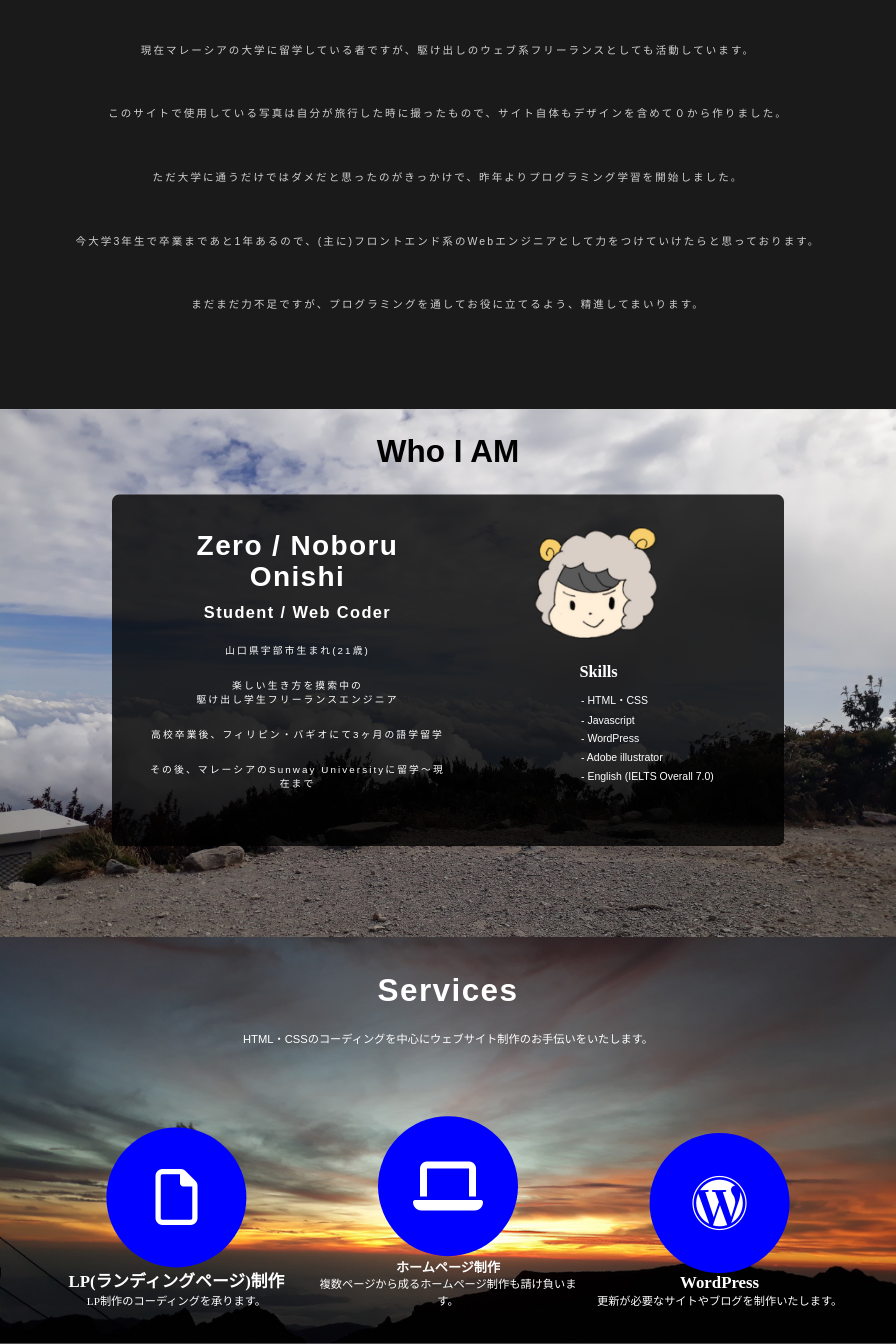
Repository: ZeroRequiem126/MyPortfolioSite
Page: top.html
The author's editor kept a record of every edit. The page is drawn from the files as they stood at one moment, then again after the next edit.
The browser window is 1280 px wide. The pictures show the part of the page from y = 891 to 2811 px (the page is 2811 px tall before and 2791 px after), at 70% of full size.
Some web libraries are served in a nearby version.

Above is the page before.

### top.html
<!DOCTYPE>
<html>
    <head>
        <meta charset="utf-8">
        <title>Zero</title>
        <link rel="stylesheet" type="text/css" href="top.css">
        <link rel="stylesheet" type="text/css"  href="swiper.css">
        <meta name="viewport" content="width=device-width, initial-scale=1.0">
        <script src="https://kit.fontawesome.com/fdddab2d46.js"></script>
    </head>

    <body>
        <header>
            <div class="container">
                <div class="header-left">Zero</div>
                <div class="header-right">
                    <ul>
                        <li>Who I AM</li>
                        <li>Skills</li>
                        <li>Portfolio</li>
                        <li>Contact</li>
                    </ul>
                </div>
            </div>
        </header>

        <div class="main">
            <div class="container">

                    <span class="slider-title">Zero</span>
                    <div class="swiper-container">
                        <div class="swiper-wrapper">
                              <div class="swiper-slide"><img src="images/pic1.jpg" alt="pic1.JPG" width="100%"></div>
                              <div class="swiper-slide"><img src="images/pic2.jpg" alt="pic2.jpg" width="100%"></div>
                              <div class="swiper-slide"><img src="images/pic3.jpg" alt="pic3.JPG" width="100%"></div>
                              <div class="swiper-slide"><img src="images/pic4.png" alt="pic4.png" width="100%"></div>
                              <div class="swiper-slide"><img src="images/pic5.jpg" alt="pic4.jpg" width="100%"></div>
                              <div class="swiper-slide"><img src="images/pic6.jpg" alt="pic4.jpg" width="100%"></div>
                        </div>
                        <div class="swiper-button-prev"></div>
                        <div class="swiper-button-next"></div>
                    </div>

                    <div class="introduction">
                        <div class="container">
                            <p>はじめまして、大西昇と申します。</p>
                            <p>現在マレーシアの大学に留学している者ですが、駆け出しのウェブ系フリーランスとしても活動しています。 </p>
                            <p>このサイトで使用している写真は自分が旅行した時に撮ったもので、サイト自体もデザインを含めて０から作りました。</p>
                            <p>ただ大学に通うだけではダメだと思ったのがきっかけで、昨年よりプログラミング学習を開始しました。</p>
                            <p>今大学3年生で卒業まであと1年あるので、(主に)フロントエンド系のWebエンジニアとして力をつけていけたらと思っております。</p>
                            <p>まだまだ力不足ですが、プログラミングを通してお役に立てるよう、精進してまいります。</p>
                        </div>
                    </div>

                    <div class="about">
                        <div class="container">
                            <h1 class="about-title" style="font-family: 'Gurmukhi MN',sans-serif;">Who I AM</h1>

                            <div class="about-contents">
                                <div class="about-left">
                                    <div class="name-and-job">
                                        <h1>Zero / Noboru Onishi</h1>
                                        <h3>Student / Web Coder</h3>
                                    </div>
                                    <div class="career">
                                        <p>山口県宇部市生まれ(21歳)</p>
                                        <p>楽しい生き方を摸索中の<br>駆け出し学生フリーランスエンジニア</p>
                                        <p>高校卒業後、フィリピン・バギオにて3ヶ月の語学留学</p>
                                        <p>その後、マレーシアのSunway Universityに留学〜現在まで</p>
                                    </div>
                                </div>

                                <div class="about-right">
                                    <img src="images/person.png">
                                    <h3>Skills</h3>
                                    <ul>
                                        <li>- HTML・CSS</li>
                                        <li>- Javascript</li>
                                        <li>- WordPress</li>
                                        <li>- Adobe illustrator</li>
                                        <li>- English (IELTS Overall 7.0)</li>
                                    </ul>
                                </div>
                            </div>

                        </div>
                    </div>

                    <div class="service">
                        <div class="container">
                            <h1 class="service-title">Services</h1>
                            <p class="service-subtitle">HTML・CSSのコーディングを中心にウェブサイト制作のお手伝いをいたします。</p>

                            <div class="services">

                                <div class="service-contents">
                                    <span class="far fa-file"></span>
                                    <h2>LP(ランディングページ)制作</h2>
                                    <p class="service-explanation">LP制作のコーディングを承ります。</p>
                                </div>

                                <div class="service-contents">
                                    <span class="fas fa-laptop"></span>
                                    <h3>ホームページ制作</h3>
                                    <p class="service-explanation">複数ページから成るホームページ制作も請け負います。</p>
                                </div>

                                <div class="service-contents">
                                    <span class="fab fa-wordpress"></span>
                                    <h2>WordPress</h2>
                                    <p>更新が必要なサイトやブログを制作いたします。</p>
                                </div>
                            </div>
                        </div>
                    </div>

            </div>
        </div>

        <footer>

        </footer>

        <script src="swiper.js"></script>
        <script>
          var mySwiper = new Swiper ('.swiper-container', {
            navigation: {
              nextEl: '.swiper-button-next',
              prevEl: '.swiper-button-prev',
            },
            loop: true,
            autoplay: {
                delay: 3000,
                disableOnInteraction: true
            },
            speed: 700,
          })
        </script>
    </body>

</html>

### top.css
@charset "utf-8";

* {
    box-sizing: border-box;
    margin: 0px;
    padding: 0px;
}

.container {
    text-align: center;
}

/* header */

header {
    height: 60px;
    width: 100%;
    background-color: white;
    color: black;
    line-height: 60px;
    position: fixed;
    z-index: 100;
}

.header-left {
    float: left;
    padding-left: 100px;
    font-size: 30px;
    font-family: 'Superclarendon',sans-serif;
}

.header-right {
    float: right;
    font-family: 'Gurmukhi MN',sans-serif;
}

.header-right ul {
    list-style: none;
    padding-right: 120px;
}

.header-right ul li {
    float: left;
    padding: 0 40px;
    font-size: 20px;
    cursor: pointer;
    transition: background-color 0.5s;
}

.header-right ul li:hover {
    background-color: #dcdcdc;
    transition: background-color 1s;
}

/* slider */

.slider-title {
    color: white;
    font-size: 150px;
    font-family: 'Trattatello',sans-serif;;
    position: absolute;
    top: 35%;
    left: 40%;
    z-index: 10;
    padding: 0 15px 0 10px;
    border: solid 8px;
    border-radius: 50%;
}

/* introduction */

.introduction {
    color: #D1D1D1;
    font-size: 15px;
    background-color: #1A1A1A;
    padding: 140px 0 70px 0;
    font-family: 'klee',sans-serif;
}

.introduction p {
    padding-bottom: 70px;
    letter-spacing: 3px;
}

/* About */

.about {
    margin: 0 auto;
    background-image: url("images/pic7.jpg");
    background-size: 100% auto;
    padding-bottom: 130px;
    font-size: 20px;
}

.about-title {
    padding: 35px 0;
    font-size: 45px;
}

.about-contents {
    background-color: rgba(0,0,0,0.8);
    display: inline-block;
    color: white;
    width: 75%;
    border-radius: 10px;
    padding: 0px 50px 50px 50px;
}

.about-left {
    float: left;
    width: 50%;
    vertical-align: top;
    padding-top: 50px;
}

.name-and-job {
    font-family: 'Papyrus-Condensed',sans-serif;
    letter-spacing: 2px;
    padding-bottom: 30px;
}

.name-and-job h1 {
    padding-bottom: 15px;
}

.career {
    font-family: 'klee',sans-serif;
}

.career p {
    padding-bottom: 30px;
    letter-spacing: 3px;
    font-size: 14px;
}

.about-right {
    float: left;
    width: 50%;
    padding-top: 20px;
}

.about-right h3 {
    padding-top: 20px;
    padding-bottom: 15px;
}

.about-right ul {
    list-style: none;
}

.about-right ul li {
    font-size: 15px;
    font-family: 'klee',sans-serif;
    padding-bottom: 10px;
    text-align: left;
    padding-left: 190px;
}

.about-right img {
    width: 200px;
}

/* Service */

.service {
    background-image: url("images/pic8.jpg");
    background-size: 100% auto;
    color: white;
    padding: 50px 0;
}

.service-title {
    padding-bottom: 30px;
    font-family: 'Gurmukhi MN',sans-serif;
    font-size: 45px;
    letter-spacing: 2px;
}

.service-subtitle {
    font-family: 'klee',sans-serif;
}

.service-contents {
    display: inline-block;
    width: 30%;
    padding-top: 100px;
}

.service-contents span {
    font-size: 80px;
    border-radius: 50%;
    background-color: blue;
    width: 200px;
    height: 200px;
    line-height: 200px;
}

Loaded but not shown: swiper.css (library); swiper.js (library)

After the next edit:
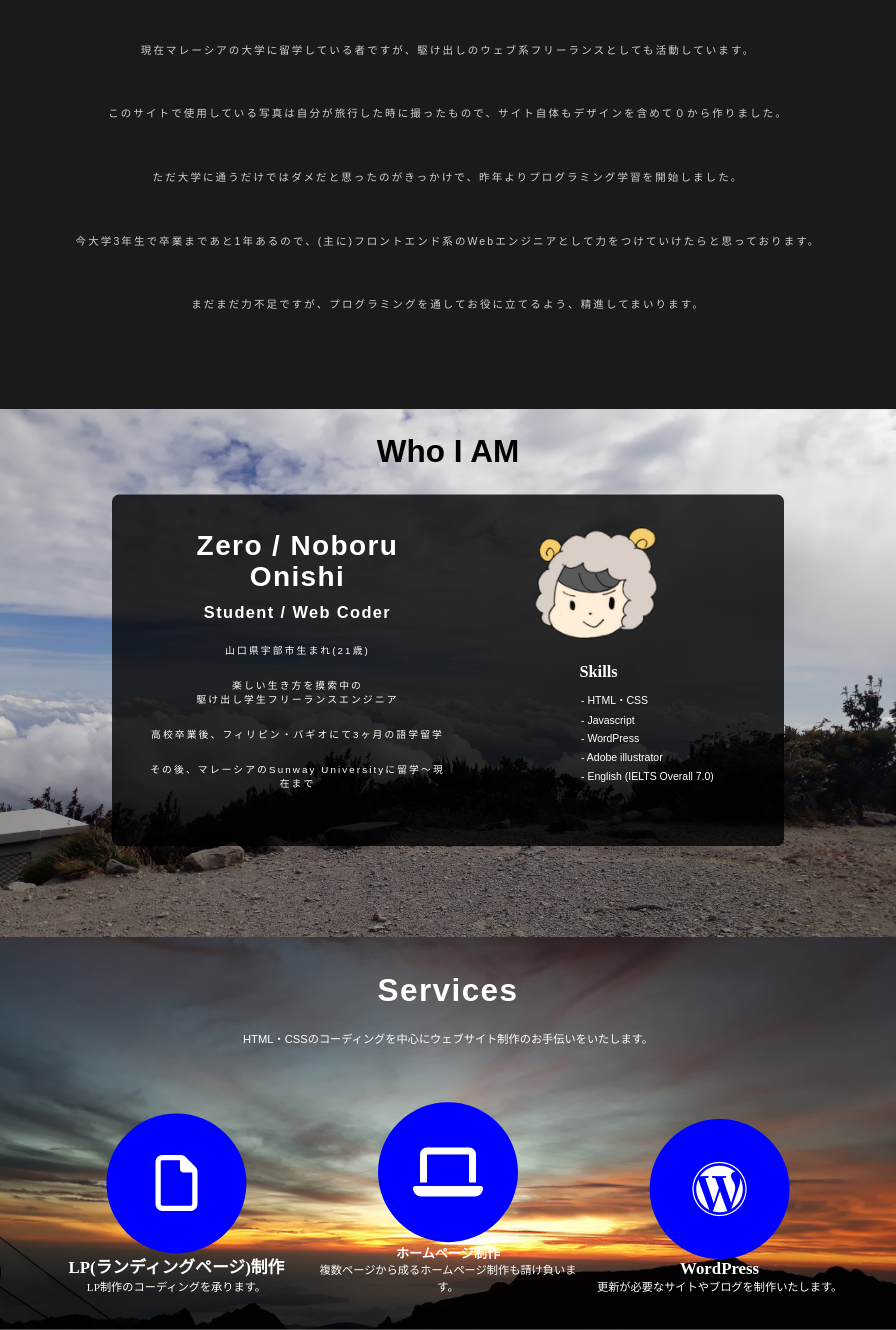
The edit:
--- a/top.css
+++ b/top.css
@@ -183,7 +183,7 @@
 .service-contents {
     display: inline-block;
     width: 30%;
-    padding-top: 100px;
+    padding-top: 80px;
 }
 
 .service-contents span {
